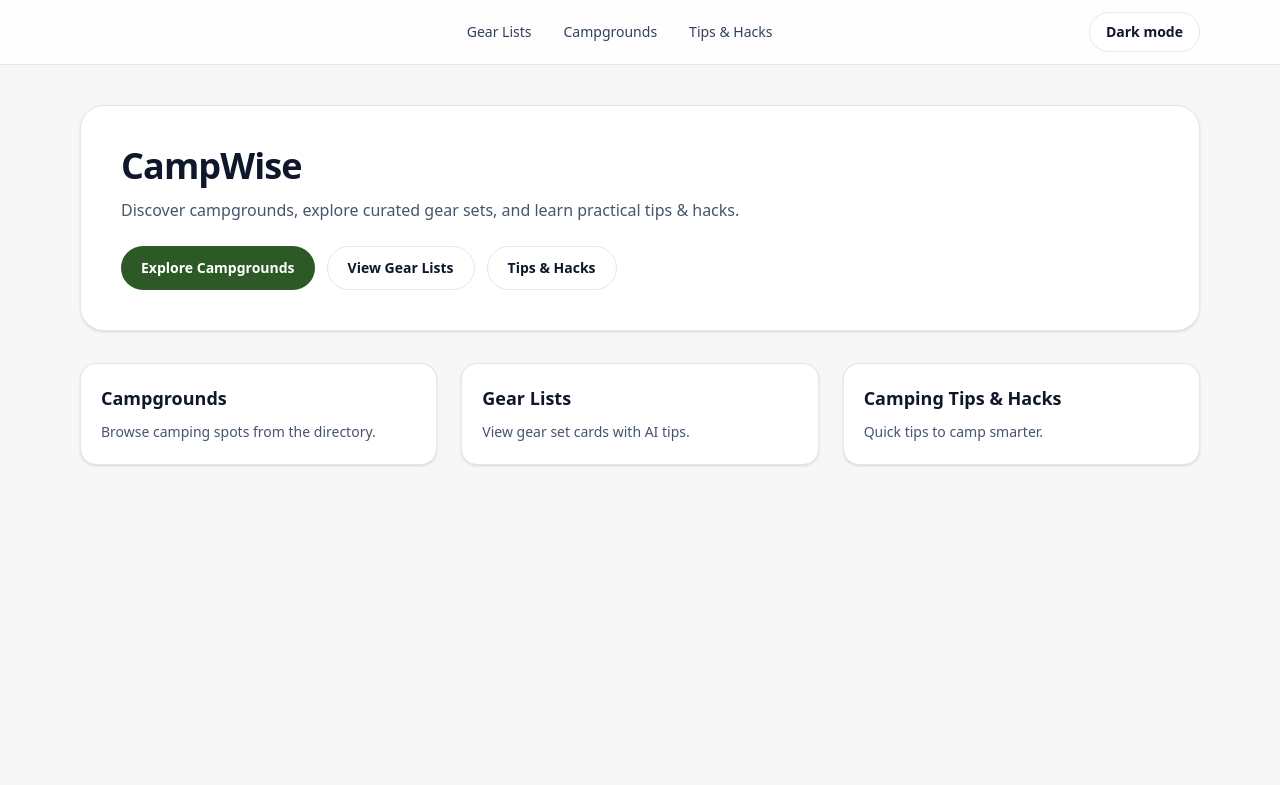
Repository: sinthob/campWise
Page: /
An editor plug-in stored every save of this project. The page is shown before and after the next save, followed by the edit.
The browser window is 1280 px wide. The pictures show the whole page.
The project was rebuilt for these pictures with package versions that can differ from the ones it lists, and the page was loaded fresh each time. The framework's server and built-in components were replaced by stand-ins that run in the browser. Also part of the build but not shown: next.config.ts.

Above is the page before, as saved 2026-02-24 10:33:48.

After the next save:
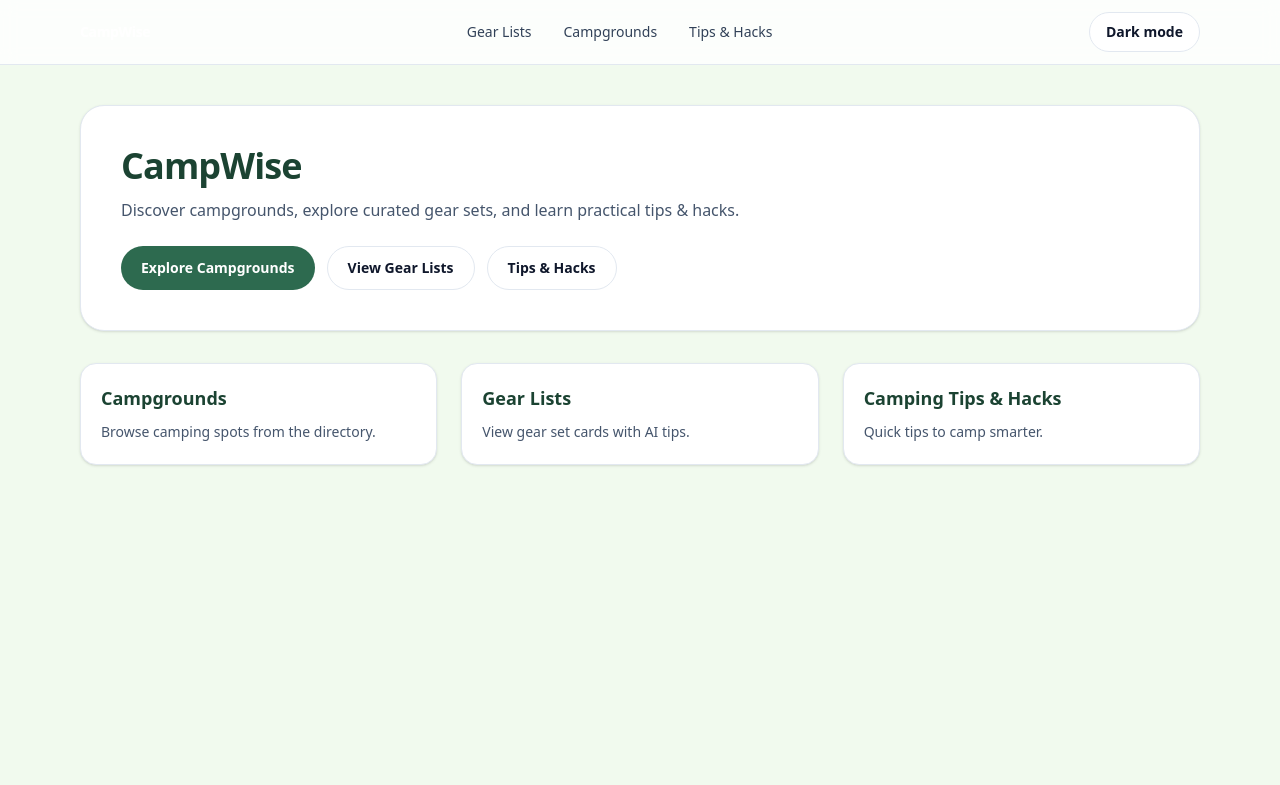
Saved 6 s later.
--- a/app/globals.css
+++ b/app/globals.css
@@ -1,9 +1,14 @@
 @import "tailwindcss";
 
 :root {
-  --background: #f6f7f6;
-  --foreground: #0f172a;
-  --primary: #2c5926;
+  --forest: #1b4332;
+  --moss: #2d6a4f;
+  --sand: #f1faee;
+  --accent: #f4a261;
+
+  --background: var(--sand);
+  --foreground: var(--forest);
+  --primary: var(--moss);
   color-scheme: light;
 }
 
@@ -11,13 +16,18 @@
   --color-background: var(--background);
   --color-foreground: var(--foreground);
   --color-primary: var(--primary);
+  --color-forest: var(--forest);
+  --color-moss: var(--moss);
+  --color-sand: var(--sand);
+  --color-accent: var(--accent);
   --font-sans: var(--font-display);
   --font-mono: var(--font-geist-mono);
 }
 
 .dark {
-  --background: #161d15;
-  --foreground: #f1f5f9;
+  --background: #081c15;
+  --foreground: var(--sand);
+  --primary: var(--moss);
   color-scheme: dark;
 }
 
